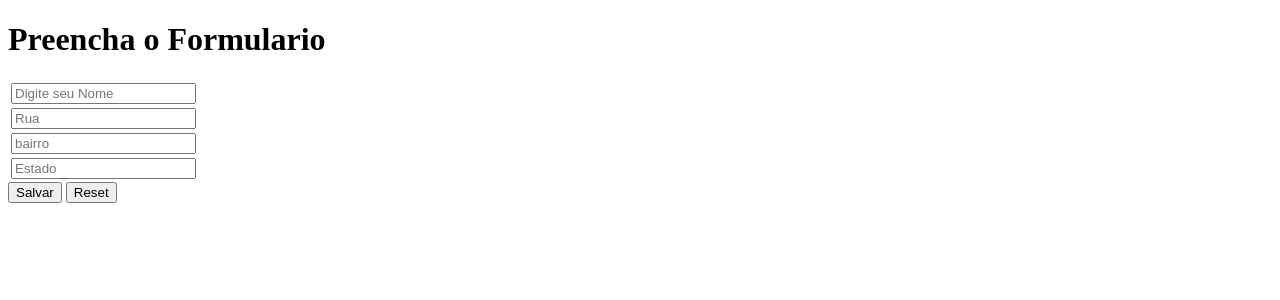
Repository: Fabio2000/Faculdade-Projetos
Page: http://localhost/exercicios/formulario.jsp
These files come from the project's save history. The page is drawn as it stood at one moment and after the next save; the edit follows.
The browser window is 1280 px wide. The pictures show the whole page.
The page is served by Tomcat 9. Other server files are loaded and not shown.

Above is the page before, as saved 2022-09-11 19:47:11.

### exercicios/src/main/webapp/formulario.jsp
<%@ page language="java" contentType="text/html; charset=ISO-8859-1"
    pageEncoding="ISO-8859-1"%>
<!DOCTYPE html>
<html>
<head>
<meta charset="ISO-8859-1">
<title>Formulario</title>
</head>
<body>
<h1>Preencha o Formulario</h1>
	<form name="cadastro">
		<table>
			<tr>
				<td><input type="text" name="nome" placeholder="Digite seu Nome" id="nome"><br></td>
			</tr>
			<tr>
				<td><input type="text" name="rua" placeholder="Rua"><br></td>
			</tr>
			<tr>
				<td><input type="text" name="bairro" placeholder="bairro"><br></td>
			</tr>
			<tr>
				<td><input type="text" name="estado" placeholder="Estado"><br></td>
			</tr>
		</table>
		<input type="button" value="Salvar" >
		<input type='reset'>
	</form>
</body>
</html>

After the next save:
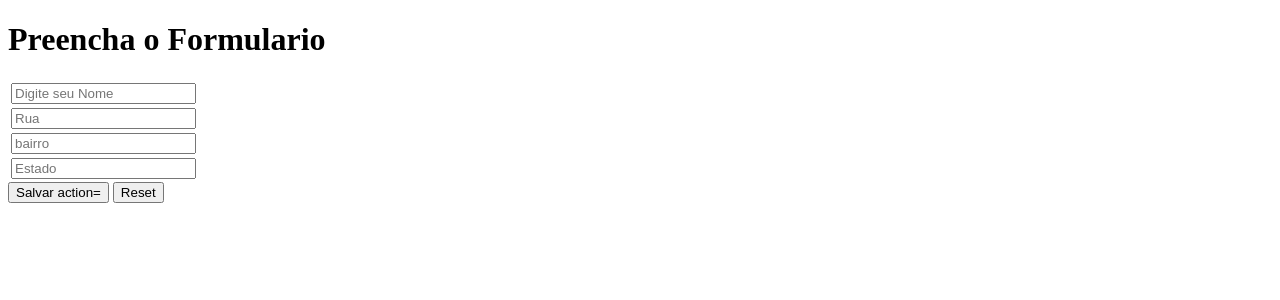
Saved 7 s later.
--- a/exercicios/src/main/webapp/formulario.jsp
+++ b/exercicios/src/main/webapp/formulario.jsp
@@ -23,7 +23,7 @@
 				<td><input type="text" name="estado" placeholder="Estado"><br></td>
 			</tr>
 		</table>
-		<input type="button" value="Salvar" >
+		<input type="button" value="Salvar action="Dados-cadastrados.jsp"" >
 		<input type='reset'>
 	</form>
 </body>

After the save that followed:
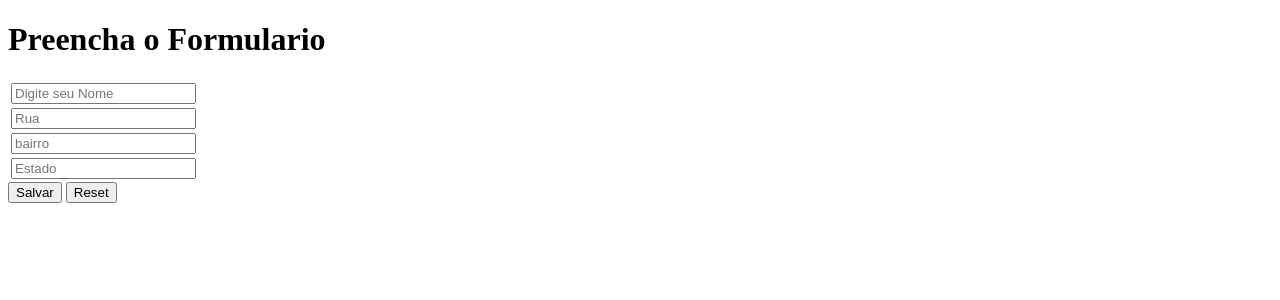
Saved 25 s later.
--- a/exercicios/src/main/webapp/formulario.jsp
+++ b/exercicios/src/main/webapp/formulario.jsp
@@ -23,7 +23,7 @@
 				<td><input type="text" name="estado" placeholder="Estado"><br></td>
 			</tr>
 		</table>
-		<input type="button" value="Salvar action="Dados-cadastrados.jsp"" >
+		<input type="button" value="Salvar" >
 		<input type='reset'>
 	</form>
 </body>
